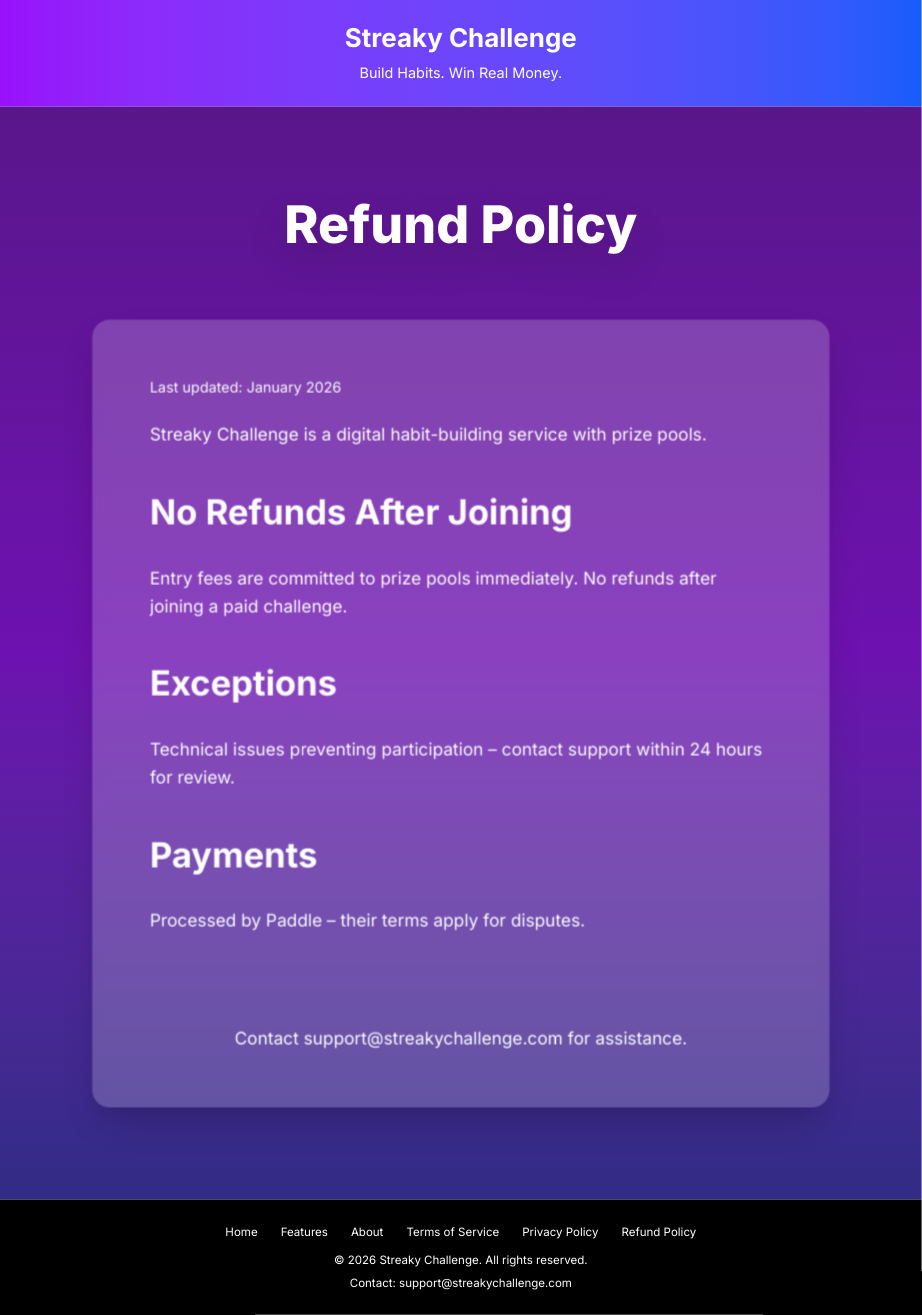
Repository: ZUBEYT/streaky-site
Page: /refund
These files come from the project's save history. The page is drawn as it stood at one moment and after the next save; the edit follows.
The browser window is 1280 px wide. The pictures show the whole page, at 72% of full size.
The project was rebuilt for these pictures with package versions that can differ from the ones it lists, and the page was loaded fresh each time. The framework's server and built-in components were replaced by stand-ins that run in the browser. Also part of the build but not shown: next.config.ts.

Above is the page before, as saved 2026-01-21 23:11:11.

After the next save:
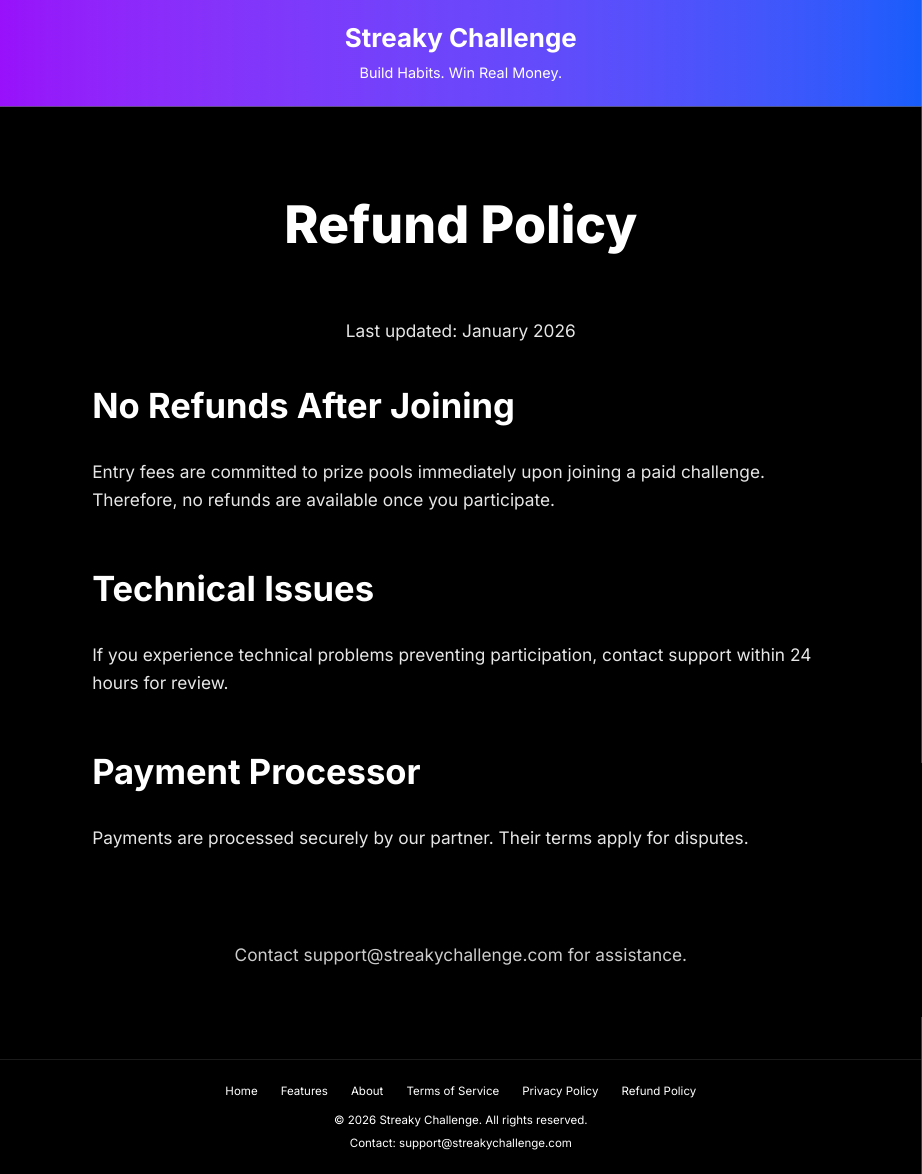
Saved 26 s later.
--- a/src/app/refund/page.tsx
+++ b/src/app/refund/page.tsx
@@ -1,32 +1,35 @@
+// src/app/refund/page.tsx (Refund Policy – Kısa ve Net, Dark Mode)
 export default function Refund() {
     return (
-        <div className="min-h-screen bg-gradient-to-b from-purple-900 via-purple-800 to-indigo-900 text-white py-32 px-8">
+        <div className="min-h-screen bg-black text-white py-32 px-8">
             <div className="max-w-5xl mx-auto">
                 <h1 className="text-7xl font-extrabold text-center mb-24 drop-shadow-2xl">Refund Policy</h1>
+                <p className="text-2xl text-center mb-16 opacity-90">Last updated: January 2026</p>
 
-                <div className="bg-white/20 p-20 rounded-3xl backdrop-blur shadow-2xl">
-                    <p className="text-xl mb-8">Last updated: January 2026</p>
-                    <p className="text-2xl leading-relaxed mb-16">
-                        Streaky Challenge is a digital habit-building service with prize pools.
-                    </p>
+                <div className="space-y-20">
+                    <section>
+                        <h2 className="text-5xl font-bold mb-12">No Refunds After Joining</h2>
+                        <p className="text-2xl leading-relaxed opacity-90 mb-8">
+                            Entry fees are committed to prize pools immediately upon joining a paid challenge. Therefore, no refunds are available once you participate.
+                        </p>
+                    </section>
 
-                    <h2 className="text-5xl font-bold mb-12">No Refunds After Joining</h2>
-                    <p className="text-2xl leading-relaxed mb-16">
-                        Entry fees are committed to prize pools immediately. No refunds after joining a paid challenge.
-                    </p>
+                    <section>
+                        <h2 className="text-5xl font-bold mb-12">Technical Issues</h2>
+                        <p className="text-2xl leading-relaxed opacity-90 mb-8">
+                            If you experience technical problems preventing participation, contact support within 24 hours for review.
+                        </p>
+                    </section>
 
-                    <h2 className="text-5xl font-bold mb-12">Exceptions</h2>
-                    <p className="text-2xl leading-relaxed mb-16">
-                        Technical issues preventing participation – contact support within 24 hours for review.
-                    </p>
+                    <section>
+                        <h2 className="text-5xl font-bold mb-12">Payment Processor</h2>
+                        <p className="text-2xl leading-relaxed opacity-90">
+                            Payments are processed securely by our partner. Their terms apply for disputes.
+                        </p>
+                    </section>
+                </div>
 
-                    <h2 className="text-5xl font-bold mb-12">Payments</h2>
-                    <p className="text-2xl leading-relaxed mb-32">
-                        Processed by Paddle – their terms apply for disputes.
-                    </p>
-
-                    <p className="text-2xl text-center">Contact support@streakychallenge.com for assistance.</p>
-                </div>
+                <p className="text-center text-2xl mt-32 opacity-80">Contact support@streakychallenge.com for assistance.</p>
             </div>
         </div>
     );
